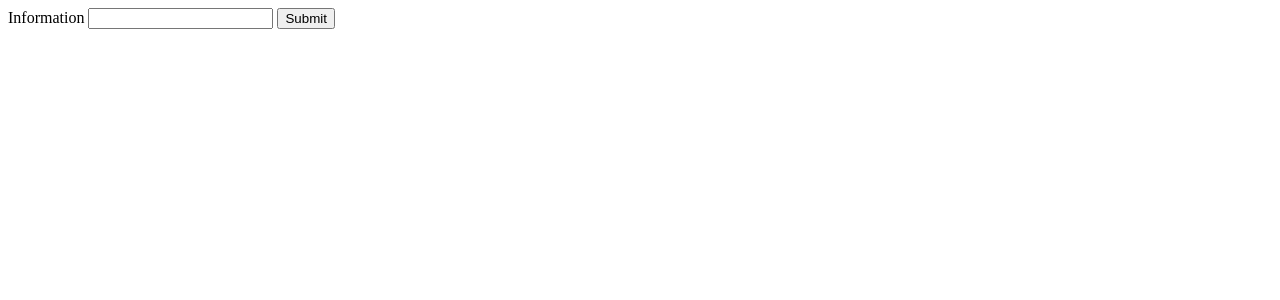
Repository: SergioRosello/Web
Page: Ejercicio_10/Ejercicio_10/src/main/resources/static/new.html
These files come from the project's save history. The page is drawn as it stood at one moment and after the next save; the edit follows.
The browser window is 1280 px wide. The pictures show the whole page.

Above is the page before, as saved 2017-04-04 17:20:11.

### Ejercicio_10/Ejercicio_10/src/main/resources/static/new.html
<!DOCTYPE html>
<html>
<body>
	<form action="processForm1" method="post">
		<label for="input">Information</label> <input type="text" name="input"
			id="input"> <input type="submit">
	</form>
</body>
</html>

After the next save:
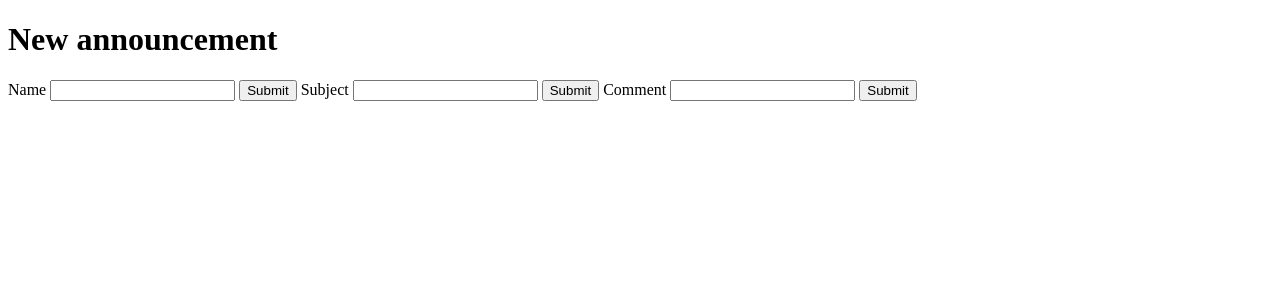
Saved 7 min 55 s later.
--- a/Ejercicio_10/Ejercicio_10/src/main/resources/static/new.html
+++ b/Ejercicio_10/Ejercicio_10/src/main/resources/static/new.html
@@ -1,9 +1,14 @@
 <!DOCTYPE html>
 <html>
 <body>
+<h1>New announcement</h1>
 	<form action="processForm1" method="post">
-		<label for="input">Information</label> <input type="text" name="input"
-			id="input"> <input type="submit">
+		<label for="input">Name</label> <input type="text" name="name"
+			id="name"> <input type="submit">
+		<label for="input">Subject</label> <input type="text" name="Subject"
+			id="Subject"> <input type="submit">
+		<label for="input">Comment</label> <input type="text" name="Comment"
+			id="Comment"> <input type="submit">
 	</form>
 </body>
 </html>
